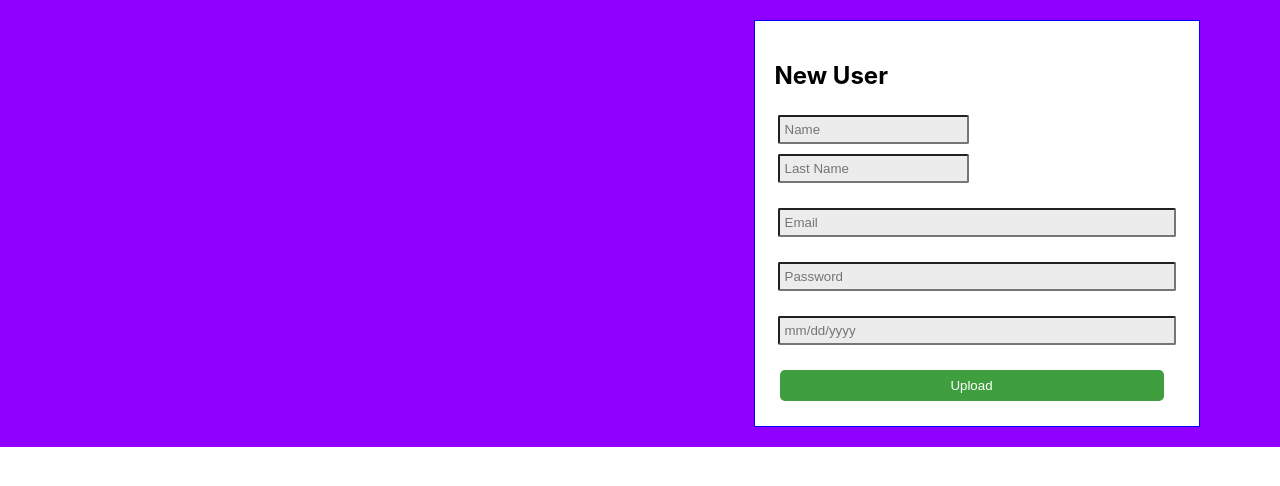
Repository: RobertAries28/CrudUsuarios
Page: /
The author's editor kept a copy of each file at every save. The page is drawn from the files as they stood at one save, then again after the next save.
The browser window is 1280 px wide. The pictures show the whole page.
The page's requests for data from a server got no answer. The project was rebuilt for these pictures with package versions that can differ from the ones it lists, and the page was loaded fresh each time. No one was signed in, and anything a server would have sent is missing.

Above is the page before, as saved 2022-05-23 19:41:01.

After the next save:
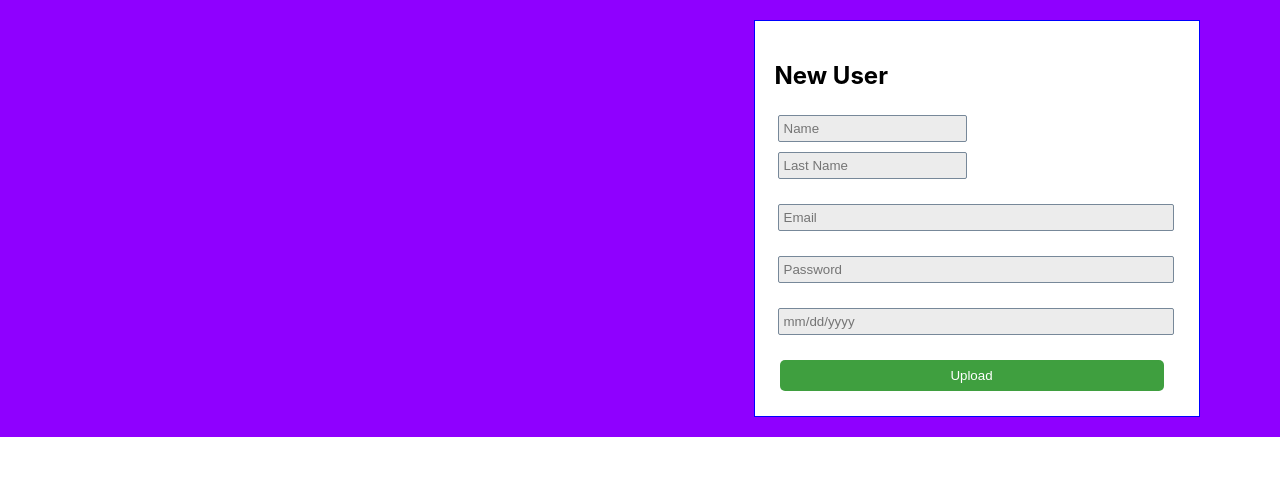
Saved 38 s later.
--- a/src/App.css
+++ b/src/App.css
@@ -60,6 +60,7 @@ input{
 padding: 5px;
 margin: 5px 3px;
 border-radius: 2px;
+border: 1px solid lightslategray;
 background:
 #ECECEC
 ;
